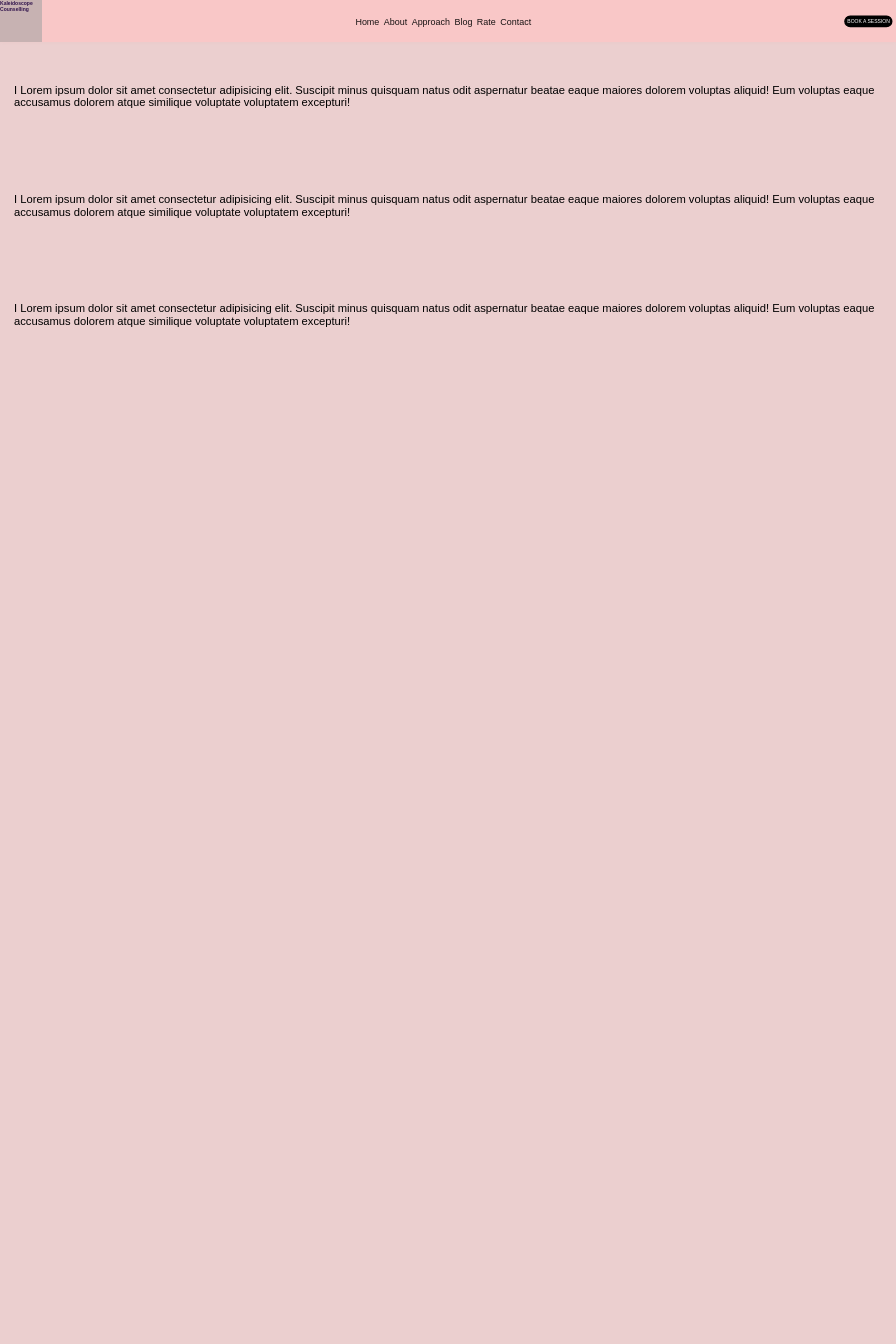
Repository: voutadi/ava-website
Page: index.html
These files come from the project's save history. The page is drawn as it stood at one moment and after a run of saves; the edit follows.
The browser window is 1280 px wide. The pictures show the part of the page from y = 0 to 1920 px (the page is 3120 px tall), at 70% of full size.

Above is the page before, as saved 2024-07-04 01:49:15.

After the next 2 saves:
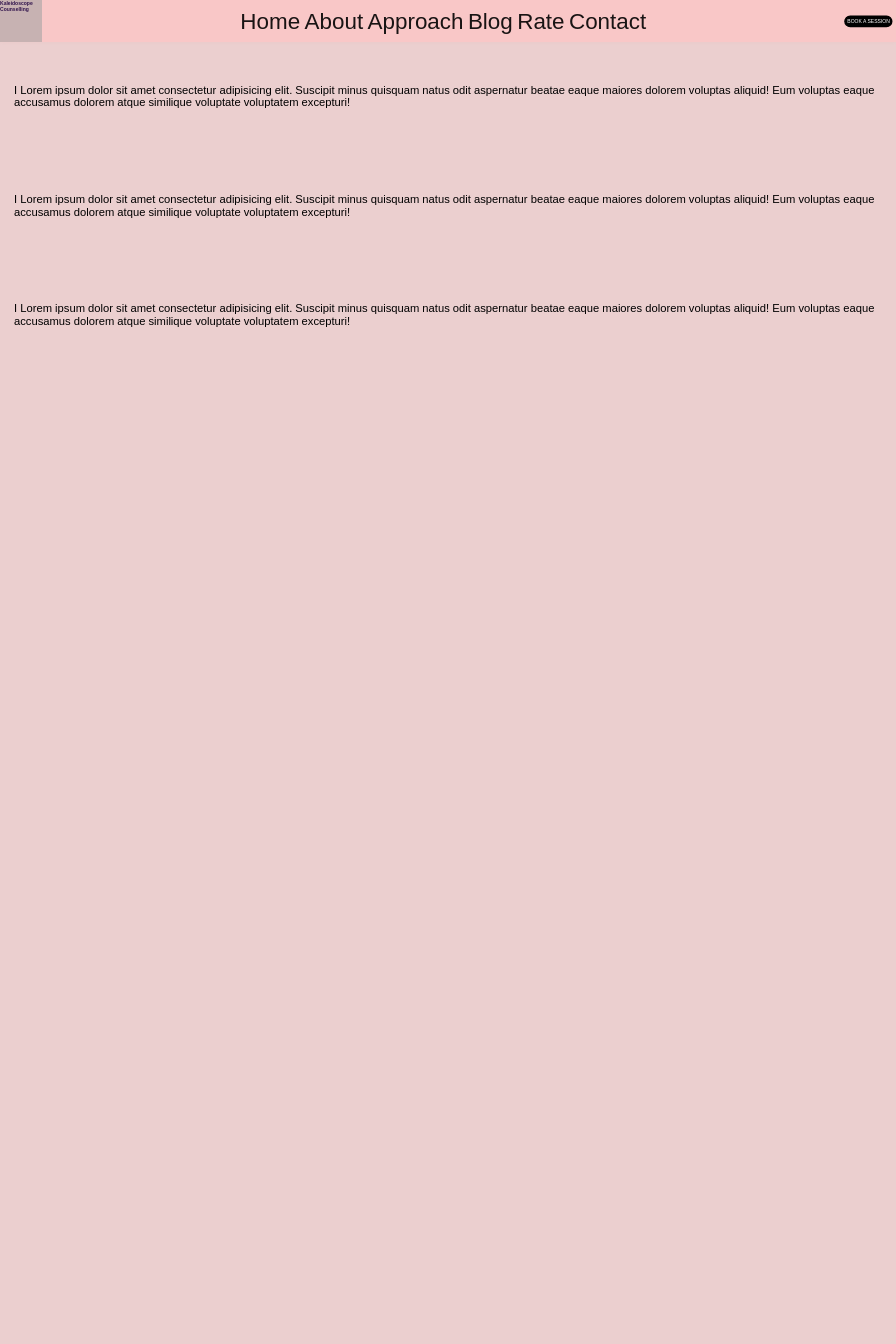
The 2 saves are shown as one change because they came seconds apart.
The last was saved 10 s later.
--- a/styles/style.css
+++ b/styles/style.css
@@ -179,6 +179,6 @@
 
 @media (min-width:901px){
   .navbar a {
-    font-size: 0.8rem;
+    font-size: 2rem;
   }
 }
